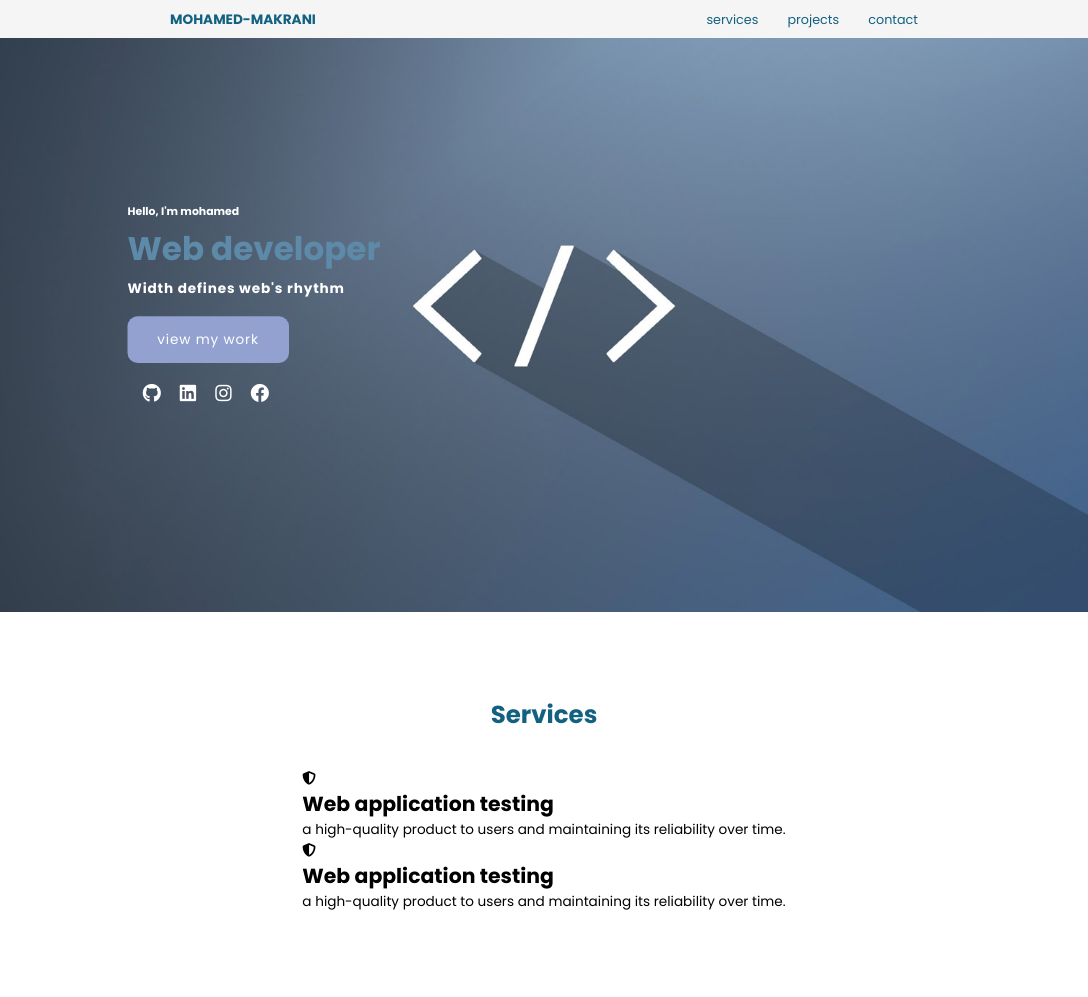
Repository: mohamed-makrani/Portfolio
Page: indixe.html
An editor plug-in stored every save of this project. The page is shown before and after the next save, followed by the edit.
The browser window is 1280 px wide. The pictures show the whole page, at 85% of full size.
Backgrounds fixed to the window are drawn as part of the page.

Above is the page before, as saved 2023-09-16 19:56:22.

### indixe.html
<!DOCTYPE html>
<html lang="en">
<head>
    <meta charset="UTF-8">
    <meta name="descreption" content="makrani-mohamed/portfilio"/>
    <title>Mohamed-makrani</title>
    <link rel="stylesheet" href="https://cdnjs.cloudflare.com/ajax/libs/font-awesome/6.4.2/css/all.min.css"/>
    <link  rel="stylesheet" href="style.css" />
</head>
<body>
    <header>
        <a class="logo" href="#" >Mohamed-makrani</a>
        <nav class="navigation">
            <a href="#services" >services</a>
            <a href="#" > projects</a>
            <a href="#"> contact </a>

        </nav>
    </header>
    <section class="main">
        <div>
            <h6>Hello, I'm mohamed </h6>
            <h1>Web developer</h1>
            <h4>Width defines web's rhythm</h4>
        <a href="#" class="main-button">view my work</a>
        <div class="social-media">
            <a href="#" ><i class="fa-brands fa-github"></i></a>
            <a href="#" ><i class="fa-brands fa-linkedin"></i></a>
            <a href="#"><i class="fa-brands fa-instagram"></i></a>
            <a href="#"><i class="fa-brands fa-facebook"></i></a>
        </div>
        </div>
    </section>
    <section class="cards" id="services" >
        <h2 class="title">Services</h2>
        <div class="content" >
            <div class="card">
                <div class="icon"><i class="fa-solid fa-shield-halved"></i></div>
                <div class="info">
                    <h2>Web application testing</h2>
                    <p> a high-quality product to users and maintaining its reliability over time.</p>
                </div>
            </div>
            <div class="card">
                <div class="icon"><i class="fa-solid fa-shield-halved"></i></div>
                <div class="info">
                    <h2>Web application testing</h2>
                    <p> a high-quality product to users and maintaining its reliability over time.</p>
                </div>
            </div>
            <div class="card">
                <div class="icon"></div>
                <div class="info">
                    <h2></h2>
                    <p></p>
                </div>
            </div>







        </div>
    </section>





















</body>
</html>

### style.css
@import url('https://fonts.googleapis.com/css2?family=Poppins:ital,wght@0,200;0,300;0,400;0,500;0,600;0,700;0,800;0,900;1,100;1,200;1,300;1,400;1,500;1,600;1,700;1,800;1,900&display=swap');

*{

    font-family: 'Poppins', sans-serif;
    margin: 0;
    padding: 0;
    box-sizing: border-box;
    scroll-behavior: smooth;
}
 header{

    background-color: #f5f5f5;
    width: 100%;
    position: fixed;
    display: flex;
    z-index: 999;
    justify-content: space-between;
    align-items: center;
    padding: 10px 200px;

 }
 .logo {
    /* default is 16 px */

    text-decoration: none;
    font-size: 16px;
    color: #126180;
    text-transform: uppercase;
    font-weight: 700;
 }
 .navigation a{
    color: #126180;
    font-size: 15px;
    font-weight: 600px;
    text-decoration: none;
    padding-left:  30px;

 }
.navigation a:hover {

color: rgb(83, 15, 146);
}
 section {

   padding: 100px 150px;
 }
 .main{

   width: 100%;
   min-height: 100vh;
   display: flex;
   align-items: center;
   background:url(backround.jpg) no-repeat;
   background-size: cover;
   background-position:center ;
   background-attachment: fixed;

 }
 .main h6 {

   color: white;
   font-weight:500px ;
   font-size: 0.8em;


 }

 .main h1 {

   color:#5d8aa8 ;
   font-size: 2.4em;
   font-weight: 500px;
   margin-top: 6px;
 }
 .main h4 {

   color: white;
   font-size: 1em;
   font-weight: 500px;
   margin-top: 6px;
   margin-bottom: 20px;
   letter-spacing:1px;
 }
.main-button {

color : white;
text-decoration: none;
background-color: #92a1cf;
letter-spacing : 1px;
font-size: 1em;
font-weight: 600px;
display: inline-block;
padding: 0.935em 2.187em;
border-radius: 12px;
margin-bottom: 20px;
transition: 0.7s ease;

}
.main-button :hover{
   background-color:#545aa7;
   transform: scale(1.1);
}
.social-media a{

   color: white;
   font-size: 22px;
   padding-left: 18px;

}

.title {

   display: flex;
   justify-content: center;
   color:#126180;
   font-size:1.8em ;
   font-weight: 700px;
   margin-bottom: 40px;
}
.content{
   display: flex;
   justify-content: center;
   flex-direction: row;
   flex-wrap: wrap;
}

After the next save:
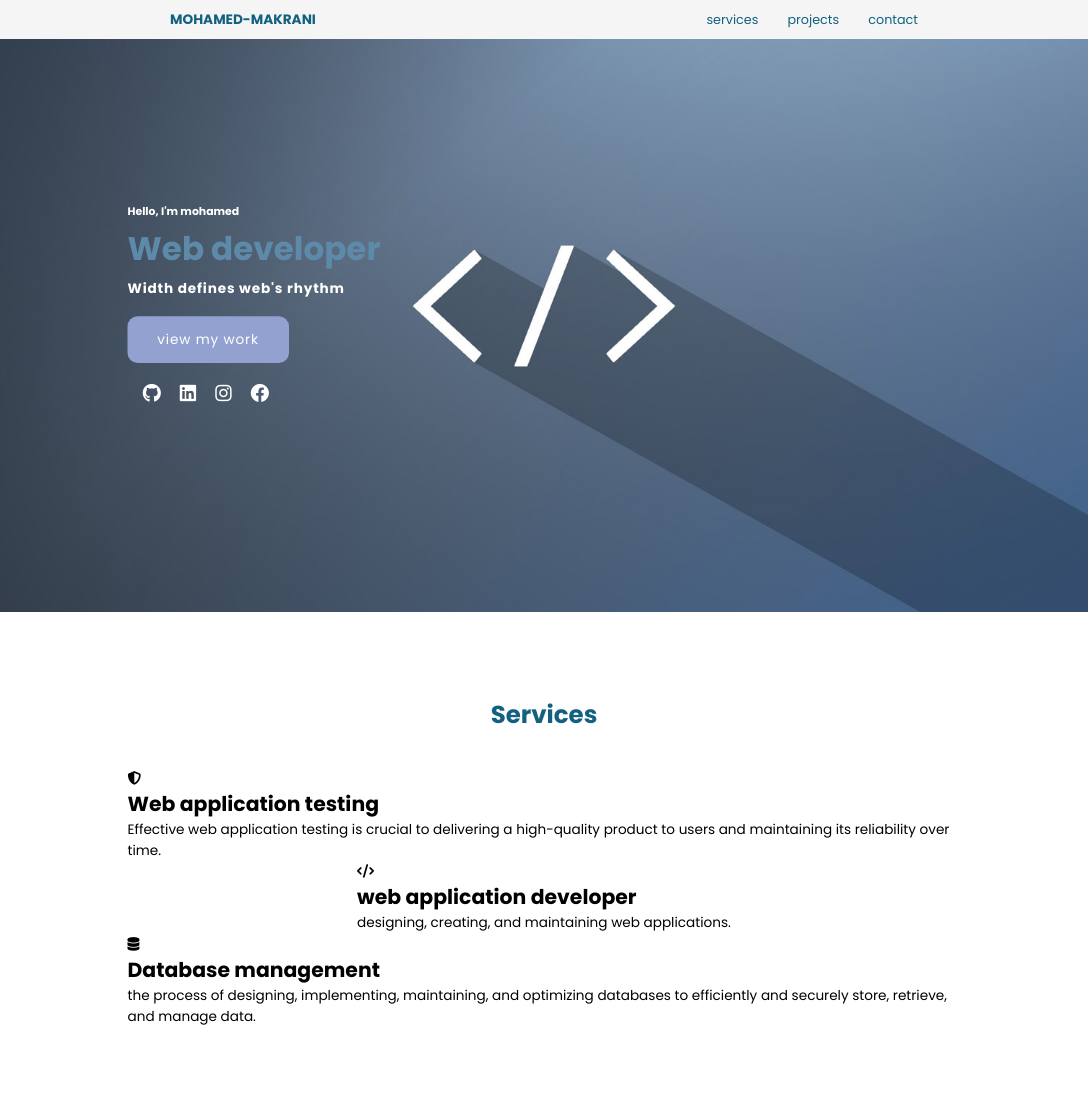
Saved 5 min 2 s later.
--- a/indixe.html
+++ b/indixe.html
@@ -38,21 +38,21 @@
                 <div class="icon"><i class="fa-solid fa-shield-halved"></i></div>
                 <div class="info">
                     <h2>Web application testing</h2>
-                    <p> a high-quality product to users and maintaining its reliability over time.</p>
+                    <p>Effective web application testing is crucial to delivering a high-quality product to users and maintaining its reliability over time.</p>
                 </div>
             </div>
             <div class="card">
-                <div class="icon"><i class="fa-solid fa-shield-halved"></i></div>
+                <div class="icon"><i class="fa-solid fa-code"></i></div>
                 <div class="info">
-                    <h2>Web application testing</h2>
-                    <p> a high-quality product to users and maintaining its reliability over time.</p>
+                    <h2>web application developer</h2>
+                    <p> designing, creating, and maintaining web applications.</p>
                 </div>
             </div>
             <div class="card">
-                <div class="icon"></div>
+                <div class="icon"><i class="fa-solid fa-database"></i></div>
                 <div class="info">
-                    <h2></h2>
-                    <p></p>
+                    <h2>Database management</h2>
+                    <p>the process of designing, implementing, maintaining, and optimizing databases to efficiently and securely store, retrieve, and manage data.</p>
                 </div>
             </div>
 
